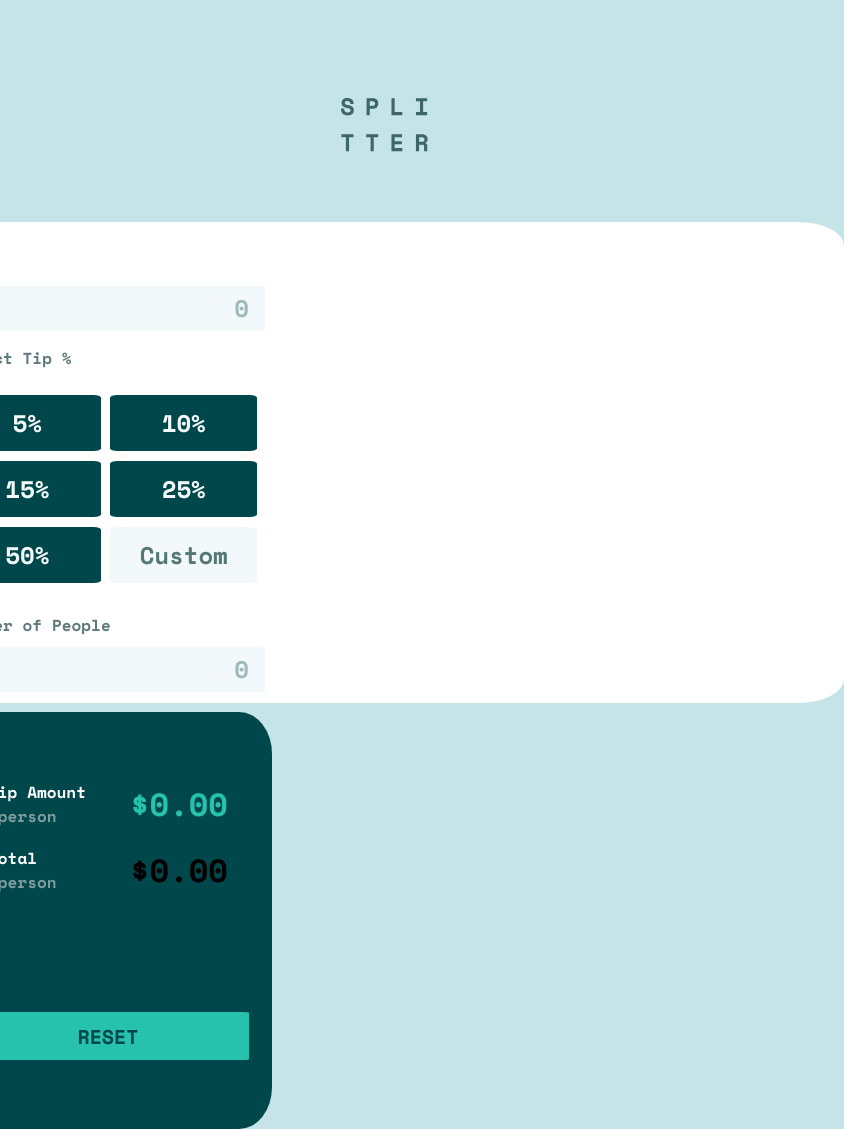
Repository: Arkitecth/tip-calculator
Page: index.html
The author's editor kept a copy of each file at every save. The page is drawn from the files as they stood at one save, then again after the next save.
The browser window is 768 px wide. The page is 844 px wide, then 768 px, then 844 px, so the pictures cover 844 px, including what lies to the right of the window. The pictures show the whole page.

Above is the page before, as saved 2023-06-09 20:36:19.

After the next save:
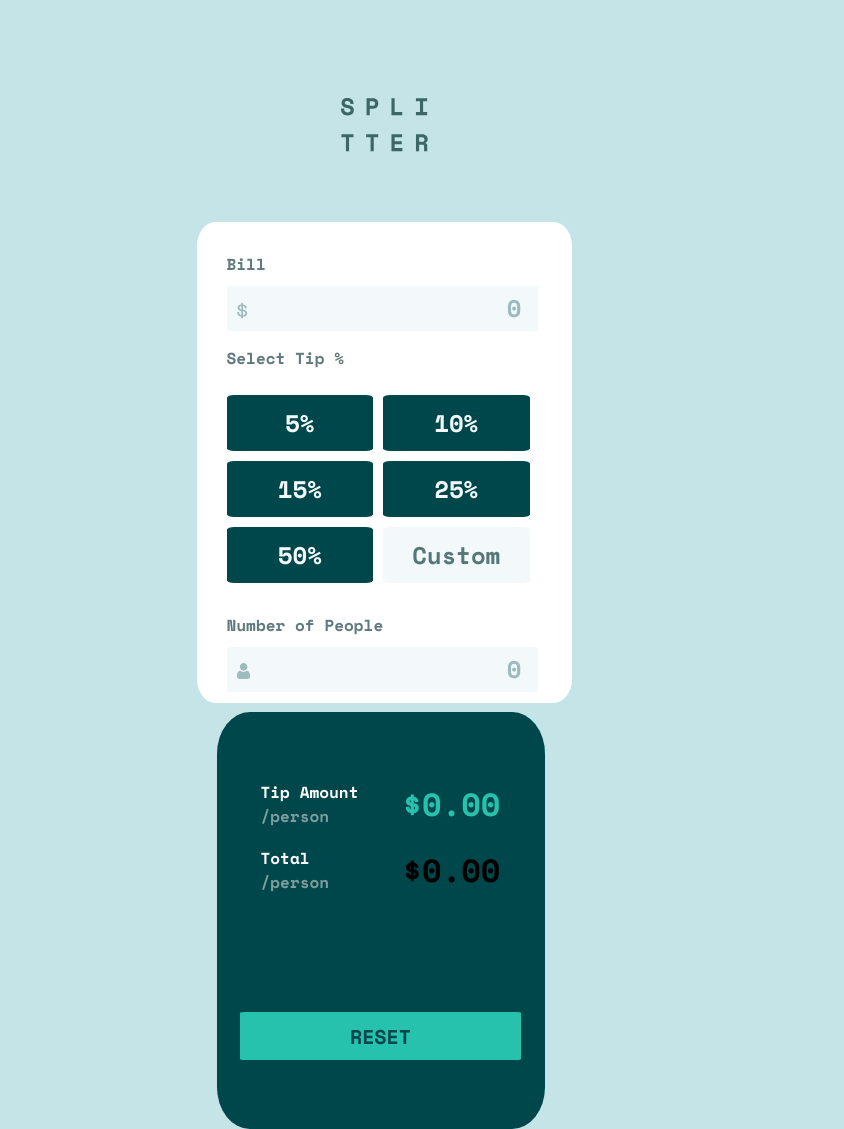
Saved 12 s later.
--- a/styles.css
+++ b/styles.css
@@ -190,6 +190,8 @@
 @media screen and (max-width:956px) {
     .app {
         display: grid;
+        grid-template-rows: auto auto;
+        width: 375px;
 
     }
     .entry-input {

After the save that followed:
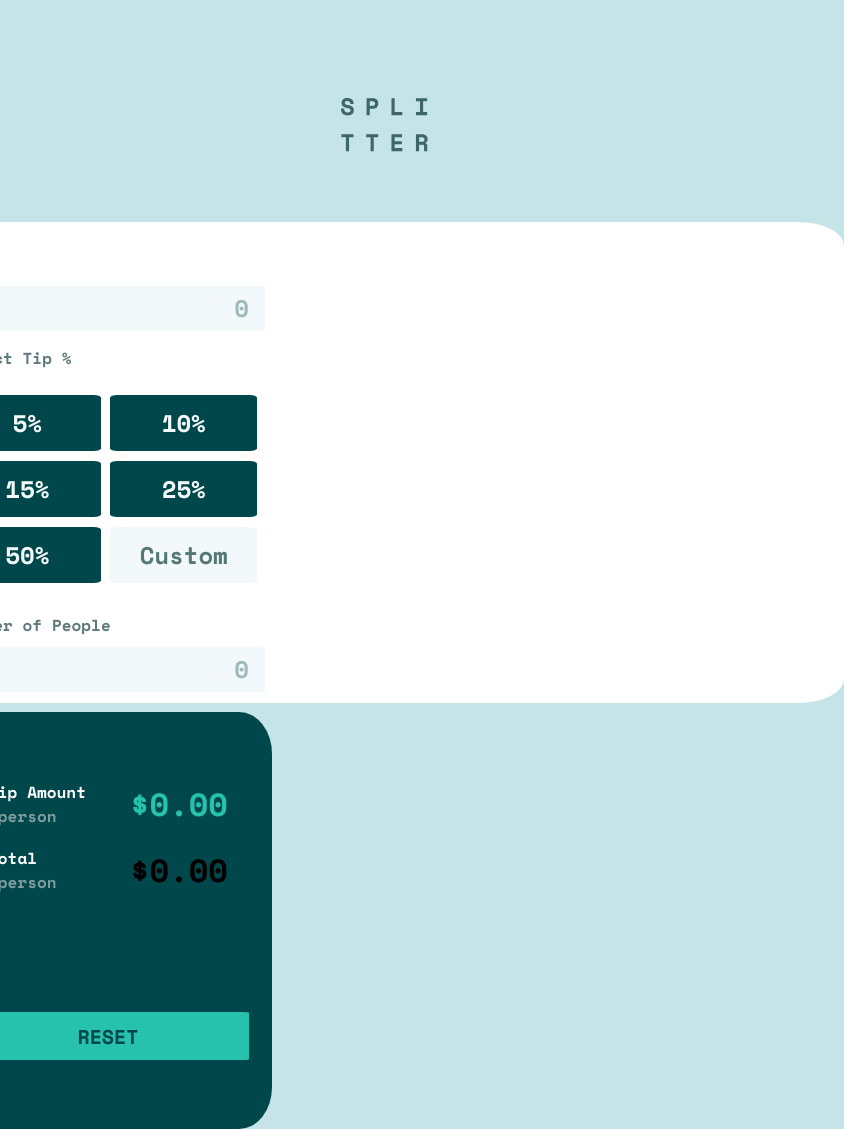
Saved 8 s later.
--- a/styles.css
+++ b/styles.css
@@ -191,7 +191,6 @@
     .app {
         display: grid;
         grid-template-rows: auto auto;
-        width: 375px;
 
     }
     .entry-input {
